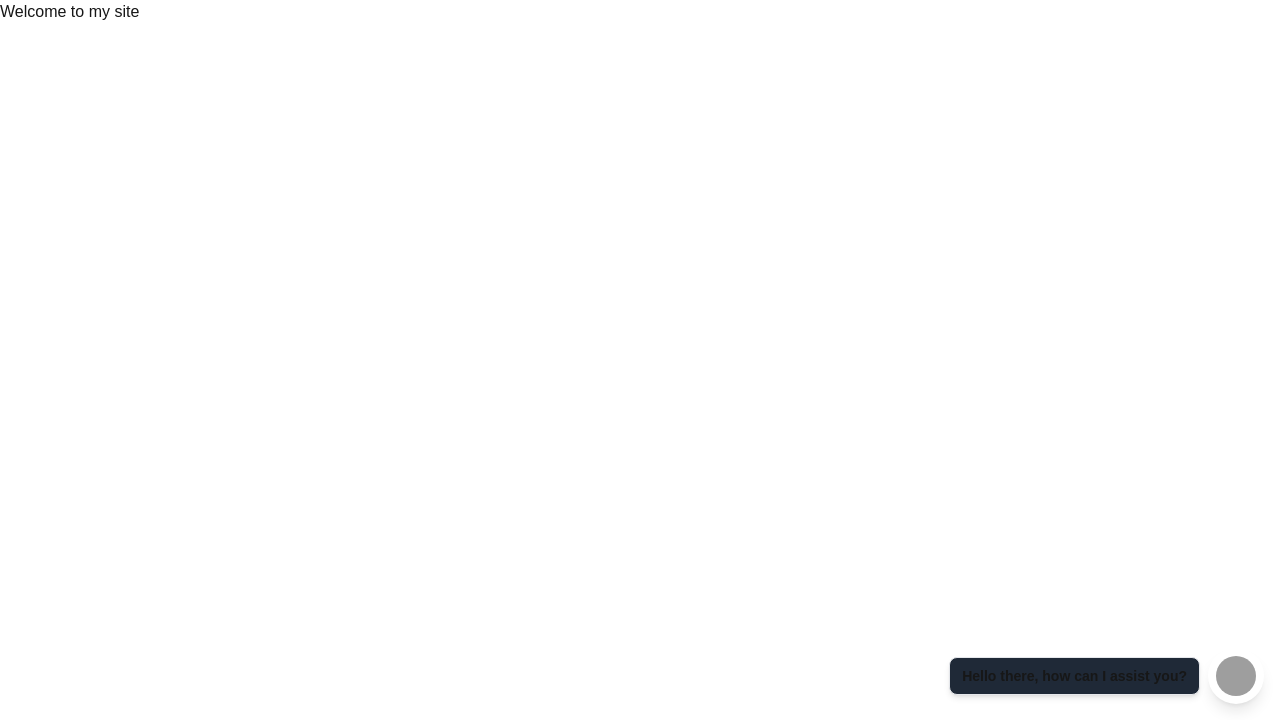
Repository: Shre202002/Chat_Bot_Product
Page: /
An editor plug-in stored every save of this project. The page is shown before and after the next save, followed by the edit.
The browser window is 1280 px wide. The pictures show the whole page.
Pictures or frames that could not be fetched are drawn as grey boxes. The project was rebuilt for these pictures with package versions that can differ from the ones it lists, and the page was loaded fresh each time. The framework's server and built-in components were replaced by stand-ins that run in the browser. Also part of the build but not shown: next.config.ts, components/ui/card.tsx, components/ui/input.tsx, components/ui/popover.tsx, components/ui/label.tsx, components/ui/calendar.tsx, components/ui/select.tsx, components/ticket-booking-flow.tsx and 1 more.

Above is the page before, as saved 2025-05-25 15:44:27.

### app/page.tsx
// app/page.tsx
import Widget from './widget';

export default function Home() {
  return (
    <main>
      <h1>Welcome to my site</h1>
      <Widget /> {/* Your chatbot widget will render here */}
    </main>
  );
}

### app/widget.tsx
// pages/widget.tsx
import Head from 'next/head';
import MuseumChatbot from '@/components/MuseumChatbot'; // Ensure correct path

export default function Widget() {
    return (
        <>

                <MuseumChatbot />

        </>
    );
}

### components/ui/button.tsx
import * as React from "react"
import { Slot } from "@radix-ui/react-slot"
import { cva, type VariantProps } from "class-variance-authority"

import { cn } from "@/lib/utils"

const buttonVariants = cva(
  "inline-flex items-center justify-center gap-2 whitespace-nowrap rounded-md text-sm font-medium ring-offset-background transition-colors focus-visible:outline-none focus-visible:ring-2 focus-visible:ring-ring focus-visible:ring-offset-2 disabled:pointer-events-none disabled:opacity-50 [&_svg]:pointer-events-none [&_svg]:size-4 [&_svg]:shrink-0",
  {
    variants: {
      variant: {
        default: "bg-primary text-primary-foreground hover:bg-primary/90",
        destructive:
          "bg-destructive text-destructive-foreground hover:bg-destructive/90",
        outline:
          "border border-input bg-background hover:bg-accent hover:text-accent-foreground",
        secondary:
          "bg-secondary text-secondary-foreground hover:bg-secondary/80",
        ghost: "hover:bg-accent hover:text-accent-foreground",
        link: "text-primary underline-offset-4 hover:underline",
      },
      size: {
        default: "h-10 px-4 py-2",
        sm: "h-9 rounded-md px-3",
        lg: "h-11 rounded-md px-8",
        icon: "h-10 w-10",
      },
    },
    defaultVariants: {
      variant: "default",
      size: "default",
    },
  }
)

export interface ButtonProps
  extends React.ButtonHTMLAttributes<HTMLButtonElement>,
    VariantProps<typeof buttonVariants> {
  asChild?: boolean
}

const Button = React.forwardRef<HTMLButtonElement, ButtonProps>(
  ({ className, variant, size, asChild = false, ...props }, ref) => {
    const Comp = asChild ? Slot : "button"
    return (
      <Comp
        className={cn(buttonVariants({ variant, size, className }))}
        ref={ref}
        {...props}
      />
    )
  }
)
Button.displayName = "Button"

export { Button, buttonVariants }

### components/ui/avatar.tsx
"use client"

import * as React from "react"
import * as AvatarPrimitive from "@radix-ui/react-avatar"

import { cn } from "@/lib/utils"

const Avatar = React.forwardRef<
  React.ElementRef<typeof AvatarPrimitive.Root>,
  React.ComponentPropsWithoutRef<typeof AvatarPrimitive.Root>
>(({ className, ...props }, ref) => (
  <AvatarPrimitive.Root
    ref={ref}
    className={cn(
      "relative flex h-10 w-10 shrink-0 overflow-hidden rounded-full",
      className
    )}
    {...props}
  />
))
Avatar.displayName = AvatarPrimitive.Root.displayName

const AvatarImage = React.forwardRef<
  React.ElementRef<typeof AvatarPrimitive.Image>,
  React.ComponentPropsWithoutRef<typeof AvatarPrimitive.Image>
>(({ className, ...props }, ref) => (
  <AvatarPrimitive.Image
    ref={ref}
    className={cn("aspect-square h-full w-full", className)}
    {...props}
  />
))
AvatarImage.displayName = AvatarPrimitive.Image.displayName

const AvatarFallback = React.forwardRef<
  React.ElementRef<typeof AvatarPrimitive.Fallback>,
  React.ComponentPropsWithoutRef<typeof AvatarPrimitive.Fallback>
>(({ className, ...props }, ref) => (
  <AvatarPrimitive.Fallback
    ref={ref}
    className={cn(
      "flex h-full w-full items-center justify-center rounded-full bg-muted",
      className
    )}
    {...props}
  />
))
AvatarFallback.displayName = AvatarPrimitive.Fallback.displayName

export { Avatar, AvatarImage, AvatarFallback }

### lib/translations/index.ts
import { en } from "./en"
import { hi } from "./hi"
import { bn } from "./bn"
import { gu } from "./gu"
import { ta } from "./ta"
import { te } from "./te"
import { kn } from "./kn"
import { pa } from "./pa"
import { mr } from "./mr"

const translations = {
  en,
  hi,
  bn,
  gu,
  ta,
  te,
  kn,
  pa,
  mr,
}

export function getTranslation(language: string) {
  return translations[language as keyof typeof translations] || translations.en
}

### lib/translations/hi.ts
export const hi = {
  welcome: "संग्रहालय वर्चुअल सहायक में आपका स्वागत है। मैं आज आपकी कैसे सहायता कर सकता हूँ? कृपया एक विषय चुनें:",
  openingHours: "खुलने का समय",
  ticketPrices: "टिकट की कीमतें",
  exhibitions: "वर्तमान प्रदर्शनी",
  directions: "निर्देश और पार्किंग",
  facilities: "सुविधाएँ",
  about: "संग्रहालय के बारे में",
  bookTicket: "टिकट बुक करें",
  anythingElse: "और कुछ?",
  returnToMenu: "मुख्य मेनू पर लौटें",
  fallback: "मैं आपको संग्रहालय की जानकारी में सहायता करने के लिए यहाँ हूँ। कृपया नीचे दिए गए मेनू से एक विषय चुनें।",
  typeMessage: "अपना संदेश टाइप करें...",
  send: "भेजें",

  cancelBooking: "बुकिंग रद्द करें",
  rescheduleBooking: "बुकिंग पुनर्निर्धारित करें",
  bookingConfirmation: "आपका टिकट सफलतापूर्वक बुक हो गया है! आपको जल्द ही एक पुष्टिकरण ईमेल प्राप्त होगा।",
  cancelConfirmation: "आपकी बुकिंग सफलतापूर्वक रद्द कर दी गई है। आपका भुगतान 3-5 कार्य दिवसों के भीतर वापस कर दिया जाएगा।",
  bookingDetails: "बुकिंग विवरण",
  date: "तारीख",
  tickets: "टिकट",

  personalInfo: "व्यक्तिगत जानकारी",
  verification: "सत्यापन",
  ticketDetails: "टिकट विवरण",
  payment: "भुगतान",
  fullName: "पूरा नाम",
  phoneNumber: "फोन नंबर",
  email: "ईमेल",
  continue: "जारी रखें",
  cancel: "रद्द करें",
  otpSent: "OTP आपके ईमेल/फोन पर भेजा गया है",
  enterOTP: "OTP दर्ज करें",
  otpPlaceholder: "OTP दर्ज करें",
  verify: "OTP सत्यापित करें",
  resendOTP: "OTP पुनः भेजें",
  selectDate: "तारीख चुनें",
  numberOfTickets: "टिकटों की संख्या",
  proceedToPayment: "भुगतान के लिए आगे बढ़ें",
  back: "वापस",
  paymentMethod: "भुगतान का तरीका",
  cardNumber: "कार्ड नंबर",
  expiryDate: "समाप्ति तिथि",
  cvv: "CVV",
  pay: "भुगतान करें",
  processing: "प्रक्रिया में...",
  close: "बंद करें",

  emailVerificationMessage: "कृपया अपनी बुकिंग से संबंधित ईमेल दर्ज करें।",
  otp: "सत्यापन कोड",
  otpVerificationMessage: "हमने आपके ईमेल पर एक सत्यापन कोड भेजा है। कृपया इसे ऊपर दर्ज करें।",
  selectTickets: "टिकटों की संख्या चुनें",

  additionalPassengers: "अतिरिक्त यात्री",
  passenger: "यात्री",
  enterFullName: "पूरा नाम दर्ज करें",
  age: "आयु",
  enterAge: "आयु दर्ज करें",
  payNow: "अभी भुगतान करें",
  gender: "लिंग",
  selectGender: "लिंग चुनें",
  country: "देश",
  selectCountry: "देश चुनें",
  state: "राज्य",
  pincode: "पिनकोड",
  paymentSuccessful: "भुगतान सफल!",
  paymentSuccessMessage: "आपकी बुकिंग के लिए धन्यवाद। आपका टिकट तैयार है।",
  downloadTicket: "टिकट डाउनलोड करें",
  bookAnotherTicket: "एक और टिकट बुक करें",
  fieldRequired: "यह फ़ील्ड आवश्यक है।",
  ageAbove12: "कृपया पुष्टि करें कि सभी यात्री 12 वर्ष से अधिक उम्र के हैं।",
  dateRequired: "कृपया एक मान्य तिथि चुनें।",
  ticketsRequired: "कृपया टिकटों की संख्या बताएं।",
  fillAllPassengerDetails: "कृपया सभी यात्रियों का विवरण भरें।",
  allPassengersAbove12: "सभी यात्रियों की आयु 12 वर्ष से अधिक होनी चाहिए।",
  ticketCount: "टिकटों की संख्या",
  name: "नाम",
  male: "पुरुष",
  female: 'महिला',
  other: 'अन्य',
  preferNotToSay: 'कहना नहीं चाहता',
  enterState: 'कृपया अपना राज्य दर्ज करें',
  enterPincode: 'कृपया अपना पिनकोड दर्ज करें',
  pickDate: 'कृपया तारीख चुनें',
  selectNumberOfTickets: 'कृपया टिकटों की संख्या चुनें',
  bookingThankYou: 'बुकिंग के लिए धन्यवाद!',

  responses: {
    openingHours: "हम सोमवार से शनिवार तक सुबह 9:00 बजे से शाम 5:00 बजे तक खुले हैं। संग्रहालय रविवार और सार्वजनिक छुट्टियों पर बंद रहता है।",
    ticketPrices: "वयस्क: ₹1000\nवरिष्ठ नागरिक (65+): ₹700\nछात्र: ₹500\nबच्चे (12 वर्ष से कम): निःशुल्क\nसदस्य: निःशुल्क",
    exhibitions: "वर्तमान प्रदर्शनी:\n- 'मॉडर्न मास्टर्स' (मुख्य गैलरी)\n- 'प्राचीन सभ्यताएं' (ईस्ट विंग)\n- 'प्राकृतिक चमत्कार' फोटोग्राफी (वेस्ट विंग)",
    directions: "हम 123 म्यूज़ियम एवेन्यू, डाउनटाउन में स्थित हैं। भूमिगत गैरेज में पार्किंग उपलब्ध है (₹300 प्रति घंटा)। निकटतम सार्वजनिक ट्रांजिट स्टॉप 'सेंट्रल स्टेशन' है (लाइन 1, 4, 7)।",
    facilities: "हमारी सुविधाएं:\n- कैफ़े (भूतल)\n- गिफ्ट शॉप (निकास क्षेत्र)\n- व्हीलचेयर सुविधा\n- कोट चेक\n- फ्री वाई-फाई\n- बेबी चेंजिंग स्टेशन",
    about: "1965 में स्थापित, हमारा संग्रहालय पाँच सहस्राब्दियों की मानव इतिहास और रचनात्मकता को समेटे 35,000 से अधिक कलाकृतियों और कलाओं का घर है। हमारा मिशन भावी पीढ़ियों के लिए सांस्कृतिक धरोहर को प्रेरित करना, शिक्षित करना और संरक्षित करना है।",
  },
};

### lib/translations/bn.ts
export const bn = {
  welcome: "মিউজিয়াম ভার্চুয়াল সহকারীতে স্বাগতম। আমি কীভাবে আজ আপনাকে সাহায্য করতে পারি? দয়া করে একটি বিষয় নির্বাচন করুন:",
  openingHours: "খোলার সময়",
  ticketPrices: "টিকিটের দাম",
  exhibitions: "বর্তমান প্রদর্শনী",
  directions: "দিকনির্দেশ ও পার্কিং",
  facilities: "সুবিধাসমূহ",
  about: "মিউজিয়াম সম্পর্কে",
  bookTicket: "টিকিট বুক করুন",
  anythingElse: "আর কিছু?",
  returnToMenu: "প্রধান মেনুতে ফিরে যান",
  fallback: "আমি আপনাকে মিউজিয়ামের তথ্য দিয়ে সাহায্য করার জন্য এখানে আছি। নিচের মেনু থেকে একটি বিষয় বেছে নিন।",
  typeMessage: "আপনার বার্তা টাইপ করুন...",
  send: "পাঠান",

  cancelBooking: "বুকিং বাতিল করুন",
  rescheduleBooking: "বুকিং পুনঃনির্ধারণ করুন",
  bookingConfirmation: "আপনার টিকিট সফলভাবে বুক করা হয়েছে! আপনি শীঘ্রই একটি নিশ্চিতকরণ ইমেইল পাবেন।",
  cancelConfirmation: "আপনার বুকিং সফলভাবে বাতিল করা হয়েছে। আপনার অর্থ ফেরত ৩-৫ কর্মদিবসের মধ্যে দেওয়া হবে।",
  bookingDetails: "বুকিং বিবরণ",
  date: "তারিখ",
  tickets: "টিকিট",

  personalInfo: "ব্যক্তিগত তথ্য",
  verification: "যাচাই",
  ticketDetails: "টিকিট বিবরণ",
  payment: "পেমেন্ট",
  fullName: "পূর্ণ নাম",
  phoneNumber: "ফোন নম্বর",
  email: "ইমেইল",
  continue: "চালিয়ে যান",
  cancel: "বাতিল করুন",
  otpSent: "OTP আপনার ইমেইল/ফোনে পাঠানো হয়েছে",
  enterOTP: "OTP প্রবেশ করুন",
  otpPlaceholder: "OTP লিখুন",
  verify: "OTP যাচাই করুন",
  resendOTP: "OTP পুনরায় পাঠান",
  selectDate: "তারিখ নির্বাচন করুন",
  numberOfTickets: "টিকিটের সংখ্যা",
  proceedToPayment: "পেমেন্টে যান",
  back: "ফিরে যান",
  paymentMethod: "পেমেন্ট পদ্ধতি",
  cardNumber: "কার্ড নম্বর",
  expiryDate: "মেয়াদোত্তীর্ণ তারিখ",
  cvv: "CVV",
  pay: "পেমেন্ট করুন",
  processing: "প্রক্রিয়াকরণ হচ্ছে...",
  close: "বন্ধ করুন",

  emailVerificationMessage: "আপনার বুকিংয়ের সাথে যুক্ত ইমেইলটি লিখুন।",
  otp: "যাচাইকরণ কোড",
  otpVerificationMessage: "আমরা আপনার ইমেইলে একটি যাচাইকরণ কোড পাঠিয়েছি। উপরে এটি লিখুন।",
  selectTickets: "টিকিট সংখ্যা নির্বাচন করুন",

  additionalPassengers: "অতিরিক্ত যাত্রী",
  passenger: "যাত্রী",
  enterFullName: "পূর্ণ নাম লিখুন",
  age: "বয়স",
  enterAge: "বয়স লিখুন",
  payNow: "এখন পেমেন্ট করুন",
  gender: "লিঙ্গ",
  selectGender: "লিঙ্গ নির্বাচন করুন",
  country: "দেশ",
  selectCountry: "দেশ নির্বাচন করুন",
  state: "রাজ্য",
  pincode: "পিনকোড",
  paymentSuccessful: "পেমেন্ট সফল!",
  paymentSuccessMessage: "আপনার বুকিংয়ের জন্য ধন্যবাদ। আপনার টিকিট প্রস্তুত।",
  downloadTicket: "টিকিট ডাউনলোড করুন",
  bookAnotherTicket: "আরও একটি টিকিট বুক করুন",
  fieldRequired: "এই ফিল্ডটি আবশ্যক।",
  ageAbove12: "দয়া করে নিশ্চিত করুন যে সব যাত্রী ১২ বছরের বেশি বয়সী।",
  dateRequired: "একটি বৈধ তারিখ নির্বাচন করুন।",
  ticketsRequired: "টিকিটের সংখ্যা লিখুন।",
  fillAllPassengerDetails: "অনুগ্রহ করে সকল যাত্রীর বিবরণ পূরণ করুন।",
  allPassengersAbove12: "সব যাত্রীদের বয়স ১২ বছরের বেশি হতে হবে।",
  ticketCount: "টিকিট সংখ্যা",
  name: "নাম",
  female: 'মহিলা',
  male: 'পুরুষ',
  other: 'অন্যান্য',
  preferNotToSay: 'বলতে চাই না',
  enterState: 'অনুগ্রহ করে আপনার রাজ্য লিখুন',
  enterPincode: 'অনুগ্রহ করে আপনার পিনকোড লিখুন',
  pickDate: 'অনুগ্রহ করে তারিখ নির্বাচন করুন',
  selectNumberOfTickets: 'অনুগ্রহ করে টিকিটের সংখ্যা নির্বাচন করুন',
  bookingThankYou: 'বুকিংয়ের জন্য ধন্যবাদ!',


  responses: {
    openingHours: "আমরা সোমবার থেকে শনিবার সকাল ৯টা থেকে বিকেল ৫টা পর্যন্ত খোলা থাকি। রবিবার এবং সরকারি ছুটির দিনে মিউজিয়াম বন্ধ থাকে।",
    ticketPrices: "প্রাপ্তবয়স্ক: ₹১০০০\nবয়স্ক নাগরিক (৬৫+): ₹৭০০\nছাত্র: ₹৫০০\nশিশু (১২ বছরের নিচে): ফ্রি\nসদস্য: ফ্রি",
    exhibitions: "বর্তমান প্রদর্শনী:\n- 'মডার্ন মাস্টারস' (মূল গ্যালারি)\n- 'প্রাচীন সভ্যতা' (ইস্ট উইং)\n- 'প্রাকৃতিক বিস্ময়' ফটোগ্রাফি (ওয়েস্ট উইং)",
    directions: "আমরা ১২৩ মিউজিয়াম অ্যাভিনিউ, ডাউনটাউনে অবস্থিত। ভূগর্ভস্থ গ্যারেজে পার্কিং পাওয়া যায় (₹৩০০ প্রতি ঘণ্টা)। সবচেয়ে কাছের পাবলিক ট্রানজিট স্টপ 'সেন্ট্রাল স্টেশন' (লাইন ১, ৪, ৭)।",
    facilities: "আমাদের মিউজিয়ামে রয়েছে:\n- ক্যাফে (গ্রাউন্ড ফ্লোর)\n- উপহার দোকান (প্রস্থান এলাকা)\n- হুইলচেয়ার প্রবেশযোগ্যতা\n- কোট চেক\n- ফ্রি ওয়াই-ফাই\n- শিশু পরিবর্তন স্টেশন",
    about: "১৯৬৫ সালে প্রতিষ্ঠিত, আমাদের মিউজিয়ামে ৩৫,০০০-এরও বেশি শিল্পকর্ম ও নিদর্শন রয়েছে যা মানব ইতিহাস ও সৃজনশীলতার পাঁচ সহস্রাব্দকে কভার করে। ভবিষ্যৎ প্রজন্মের জন্য সাংস্কৃতিক ঐতিহ্যকে অনুপ্রাণিত, শিক্ষিত ও সংরক্ষণ করাই আমাদের লক্ষ্য।",
  },
};

### lib/translations/pa.ts
export const pa = {
  welcome: "ਮੀਉਜ਼ੀਅਮ ਵਰਚੁਅਲ ਅਸਿਸਟੈਂਟ ਵਿੱਚ ਤੁਹਾਡਾ ਸਵਾਗਤ ਹੈ। ਮੈਂ ਅੱਜ ਤੁਹਾਡੀ ਕਿਵੇਂ ਮਦਦ ਕਰ ਸਕਦਾ/ਸਕਦੀ ਹਾਂ? ਕਿਰਪਾ ਕਰਕੇ ਇੱਕ ਵਿਸ਼ਾ ਚੁਣੋ:",
  openingHours: "ਖੁਲ੍ਹਣ ਦਾ ਸਮਾਂ",
  ticketPrices: "ਟਿਕਟ ਦੀਆਂ ਕੀਮਤਾਂ",
  exhibitions: "ਮੌਜੂਦਾ ਪ੍ਰਦਰਸ਼ਨੀਆਂ",
  directions: "ਦਿਸ਼ਾਵਾਂ ਅਤੇ ਪਾਰਕਿੰਗ",
  facilities: "ਸੁਵਿਧਾਵਾਂ",
  about: "ਮੀਉਜ਼ੀਅਮ ਬਾਰੇ",
  bookTicket: "ਟਿਕਟ ਬੁੱਕ ਕਰੋ",
  anythingElse: "ਹੋਰ ਕੁਝ?",
  returnToMenu: "ਮੁੱਖ ਮੀਨੂ 'ਤੇ ਵਾਪਸ ਜਾਓ",
  fallback: "ਮੈਂ ਤੁਹਾਨੂੰ ਮੀਉਜ਼ੀਅਮ ਬਾਰੇ ਜਾਣਕਾਰੀ ਦੇਣ ਵਿੱਚ ਮਦਦ ਕਰਨ ਲਈ ਇੱਥੇ ਹਾਂ। ਹੇਠਾਂ ਦਿੱਤੇ ਮੀਨੂ ਵਿਚੋਂ ਕੋਈ ਵਿਸ਼ਾ ਚੁਣੋ।",
  typeMessage: "ਆਪਣਾ ਸੁਨੇਹਾ ਲਿਖੋ...",
  send: "ਭੇਜੋ",

  cancelBooking: "ਬੁਕਿੰਗ ਰੱਦ ਕਰੋ",
  rescheduleBooking: "ਬੁਕਿੰਗ ਮੁੜ ਤਹਿ ਕਰੋ",
  bookingConfirmation: "ਤੁਾਡੀ ਟਿਕਟ ਸਫਲਤਾਪੂਰਵਕ ਬੁਕ ਹੋ ਗਈ ਹੈ! ਤੁਹਾਨੂੰ ਜਲਦੀ ਹੀ ਇੱਕ ਪੁਸ਼ਟੀਕਰਨ ਈਮੇਲ ਮਿਲੇਗੀ।",
  cancelConfirmation: "ਤੁਹਾਡੀ ਬੁਕਿੰਗ ਸਫਲਤਾਪੂਰਵਕ ਰੱਦ ਕਰ ਦਿੱਤੀ ਗਈ ਹੈ। ਤੁਹਾਡਾ ਭੁਗਤਾਨ 3-5 ਕਾਰੋਬਾਰੀ ਦਿਨਾਂ ਵਿੱਚ ਵਾਪਸ ਕਰ ਦਿੱਤਾ ਜਾਵੇਗਾ।",
  bookingDetails: "ਬੁਕਿੰਗ ਵੇਰਵੇ",
  date: "ਤਾਰੀਖ",
  tickets: "ਟਿਕਟਾਂ",

  personalInfo: "ਨਿੱਜੀ ਜਾਣਕਾਰੀ",
  verification: "ਤਸਦੀਕ",
  ticketDetails: "ਟਿਕਟ ਵੇਰਵੇ",
  payment: "ਭੁਗਤਾਨ",
  fullName: "ਪੂਰਾ ਨਾਂ",
  phoneNumber: "ਫ਼ੋਨ ਨੰਬਰ",
  email: "ਈਮੇਲ",
  continue: "ਜਾਰੀ ਰੱਖੋ",
  cancel: "ਰੱਦ ਕਰੋ",
  otpSent: "OTP ਤੁਹਾਡੇ ਈਮੇਲ/ਫ਼ੋਨ 'ਤੇ ਭੇਜ ਦਿੱਤਾ ਗਿਆ ਹੈ",
  enterOTP: "OTP ਦਰਜ ਕਰੋ",
  otpPlaceholder: "OTP ਦਰਜ ਕਰੋ",
  verify: "OTP ਤਸਦੀਕ ਕਰੋ",
  resendOTP: "OTP ਮੁੜ ਭੇਜੋ",
  selectDate: "ਤਾਰੀਖ ਚੁਣੋ",
  numberOfTickets: "ਟਿਕਟਾਂ ਦੀ ਗਿਣਤੀ",
  proceedToPayment: "ਭੁਗਤਾਨ ਵੱਲ ਜਾਓ",
  back: "ਵਾਪਸ",
  paymentMethod: "ਭੁਗਤਾਨ ਤਰੀਕਾ",
  cardNumber: "ਕਾਰਡ ਨੰਬਰ",
  expiryDate: "ਮਿਆਦ ਦੀ ਤਾਰੀਖ",
  cvv: "CVV",
  pay: "ਭੁਗਤਾਨ ਕਰੋ",
  processing: "ਕਾਰਵਾਈ ਚੱਲ ਰਹੀ ਹੈ...",
  close: "ਬੰਦ ਕਰੋ",

  emailVerificationMessage: "ਕਿਰਪਾ ਕਰਕੇ ਆਪਣੇ ਬੁਕਿੰਗ ਨਾਲ ਜੁੜੀ ਈਮੇਲ ਦਰਜ ਕਰੋ।",
  otp: "ਤਸਦੀਕ ਕੋਡ",
  otpVerificationMessage: "ਅਸੀਂ ਤੁਹਾਡੇ ਈਮੇਲ 'ਤੇ ਇੱਕ ਤਸਦੀਕ ਕੋਡ ਭੇਜਿਆ ਹੈ। ਕਿਰਪਾ ਕਰਕੇ ਇਹ ਉਪਰ ਦਰਜ ਕਰੋ।",
  selectTickets: "ਟਿਕਟਾਂ ਦੀ ਗਿਣਤੀ ਚੁਣੋ",

  additionalPassengers: "ਵਾਧੂ ਯਾਤਰੀ",
  passenger: "ਯਾਤਰੀ",
  enterFullName: "ਪੂਰਾ ਨਾਂ ਦਰਜ ਕਰੋ",
  age: "ਉਮਰ",
  enterAge: "ਉਮਰ ਦਰਜ ਕਰੋ",
  payNow: "ਹੁਣੇ ਭੁਗਤਾਨ ਕਰੋ",
  gender: "ਲਿੰਗ",
  selectGender: "ਲਿੰਗ ਚੁਣੋ",
  country: "ਦੇਸ਼",
  selectCountry: "ਦੇਸ਼ ਚੁਣੋ",
  state: "ਰਾਜ",
  pincode: "ਪਿੰਨਕੋਡ",
  paymentSuccessful: "ਭੁਗਤਾਨ ਸਫਲ ਹੋਇਆ!",
  paymentSuccessMessage: "ਤੁਹਾਡੀ ਬੁਕਿੰਗ ਲਈ ਧੰਨਵਾਦ। ਤੁਹਾਡੀ ਟਿਕਟ ਤਿਆਰ ਹੈ।",
  downloadTicket: "ਟਿਕਟ ਡਾਊਨਲੋਡ ਕਰੋ",
  bookAnotherTicket: "ਹੋਰ ਇੱਕ ਟਿਕਟ ਬੁੱਕ ਕਰੋ",
  fieldRequired: "ਇਹ ਫੀਲਡ ਲਾਜ਼ਮੀ ਹੈ।",
  ageAbove12: "ਕਿਰਪਾ ਕਰਕੇ ਪੁਸ਼ਟੀ ਕਰੋ ਕਿ ਸਭ ਯਾਤਰੀ 12 ਸਾਲ ਤੋਂ ਵੱਧ ਉਮਰ ਦੇ ਹਨ।",
  dateRequired: "ਕਿਰਪਾ ਕਰਕੇ ਇੱਕ ਵੈਧ ਤਾਰੀਖ ਚੁਣੋ।",
  ticketsRequired: "ਕਿਰਪਾ ਕਰਕੇ ਟਿਕਟਾਂ ਦੀ ਗਿਣਤੀ ਦਰਜ ਕਰੋ।",
  fillAllPassengerDetails: "ਸਭ ਯਾਤਰੀਆਂ ਦੀ ਜਾਣਕਾਰੀ ਪੂਰੀ ਕਰੋ।",
  allPassengersAbove12: "ਸਭ ਯਾਤਰੀ 12 ਸਾਲ ਤੋਂ ਵੱਧ ਉਮਰ ਦੇ ਹੋਣੇ ਚਾਹੀਦੇ ਹਨ।",
  ticketCount: "ਟਿਕਟ ਗਿਣਤੀ",
  name: "ਨਾਂ",
  female: 'ਔਰਤ',
  male: 'ਆਦਮੀ',
  other: 'ਹੋਰ',
  preferNotToSay: 'ਦੱਸਣਾ ਨਹੀਂ ਚਾਹੁੰਦਾ',
  enterState: 'ਕਿਰਪਾ ਕਰਕੇ ਆਪਣਾ ਰਾਜ ਦਰਜ ਕਰੋ',
  enterPincode: 'ਕਿਰਪਾ ਕਰਕੇ ਆਪਣਾ ਪਿੰਨਕੋਡ ਦਰਜ ਕਰੋ',
  pickDate: 'ਕਿਰਪਾ ਕਰਕੇ ਮਿਤੀ ਚੁਣੋ',
  selectNumberOfTickets: 'ਕਿਰਪਾ ਕਰਕੇ ਟਿਕਟਾਂ ਦੀ ਗਿਣਤੀ ਚੁਣੋ',
  bookingThankYou: 'ਬੁਕਿੰਗ ਲਈ ਧੰਨਵਾਦ!',

  responses: {
    openingHours: "ਅਸੀਂ ਸੋਮਵਾਰ ਤੋਂ ਸ਼ਨਿੱਚਰਵਾਰ, ਸਵੇਰੇ 9:00 ਵਜੇ ਤੋਂ ਸ਼ਾਮ 5:00 ਵਜੇ ਤੱਕ ਖੁਲੇ ਰਹਿੰਦੇ ਹਾਂ। ਮੀਉਜ਼ੀਅਮ ਐਤਵਾਰ ਅਤੇ ਸਰਕਾਰੀ ਛੁੱਟੀਆਂ 'ਤੇ ਬੰਦ ਰਹਿੰਦਾ ਹੈ।",
    ticketPrices: "ਵੱਡੇ: ₹1000\nਸੀਨੀਅਰ (65+): ₹700\nਵਿਦਿਆਰਥੀ: ₹500\nਬੱਚੇ (12 ਤੋਂ ਛੋਟੇ): ਮੁਫ਼ਤ\nਮੈਂਬਰ: ਮੁਫ਼ਤ",
    exhibitions: "ਮੌਜੂਦਾ ਪ੍ਰਦਰਸ਼ਨੀਆਂ ਵਿੱਚ ਸ਼ਾਮਲ ਹਨ:\n- 'ਮਾਡਰਨ ਮਾਸਟਰਜ਼' (ਮੁੱਖ ਗੈਲਰੀ)\n- 'ਪੁਰਾਤਨ ਸਭਿਆਚਾਰ' (ਪੂਰਬੀ ਵਿਂਗ)\n- 'ਕੁਦਰਤੀ ਅਸ਼ਚਰਜ' ਫੋਟੋਗ੍ਰਾਫੀ (ਪੱਛਮੀ ਵਿਂਗ)",
    directions: "ਅਸੀਂ 123 ਮੀਉਜ਼ੀਅਮ ਐਵਿਨਿਊ, ਡਾਊਨਟਾਊਨ ਵਿੱਚ ਸਥਿਤ ਹਾਂ। ਪਾਰਕਿੰਗ ਅੰਡਰਗ੍ਰਾਊਂਡ ਗੈਰੇਜ ਵਿੱਚ ਉਪਲਬਧ ਹੈ (₹300 ਪ੍ਰਤੀ ਘੰਟਾ)। ਸਭ ਤੋਂ ਨੇੜਲਾ ਟਰਾਂਜਿਟ ਸਟਾਪ 'ਸੈਂਟ੍ਰਲ ਸਟੇਸ਼ਨ' (ਲਾਈਨਾਂ 1, 4, 7) ਹੈ।",
    facilities: "ਸਾਡਾ ਮੀਉਜ਼ੀਅਮ ਉਪਲਬਧ ਕਰਵਾਉਂਦਾ ਹੈ:\n- ਕੈਫੇ (ਨਿਊਨਤਮ ਮੰਜ਼ਿਲ)\n- ਤੋਹਫੇ ਦੀ ਦੁਕਾਨ (ਬਾਹਰੀ ਇਲਾਕਾ)\n- ਵ੍ਹੀਲਚੇਅਰ ਸਹੂਲਤ\n- ਕੋਟ ਚੈੱਕ\n- ਮੁਫ਼ਤ Wi-Fi\n- ਬੱਚਿਆਂ ਦੀ ਸੰਭਾਲ ਲਈ ਥਾਵਾਂ",
    about: "1965 ਵਿੱਚ ਸਥਾਪਿਤ, ਸਾਡਾ ਮੀਉਜ਼ੀਅਮ 35,000 ਤੋਂ ਵੱਧ ਨਮੂਨੇ ਅਤੇ ਕਲਾਕਾਰੀਆਂ ਰੱਖਦਾ ਹੈ ਜੋ ਮਨੁੱਖੀ ਇਤਿਹਾਸ ਅਤੇ ਰਚਨਾਤਮਕਤਾ ਦੇ ਪੰਜ ਹਜ਼ਾਰ ਸਾਲਾਂ ਨੂੰ ਕਵਰ ਕਰਦੇ ਹਨ। ਸਾਡਾ ਮਿਸ਼ਨ ਭਵਿੱਖ ਦੀਆਂ ਪੀੜ੍ਹੀਆਂ ਲਈ ਸੱਭਿਆਚਾਰਕ ਵਿਰਾਸਤ ਨੂੰ ਪ੍ਰੇਰਿਤ, ਸਿੱਖਿਆ ਅਤੇ ਸੰਭਾਲ ਕੇ ਰੱਖਣਾ ਹੈ।",
  },
};

### lib/translations/mr.ts
export const mr = {
  welcome: "म्युझियम व्हर्च्युअल सहाय्याकडे आपले स्वागत आहे. आज मी आपली कशी मदत करू शकतो? कृपया एक विषय निवडा:",
  openingHours: "उघडण्याची वेळ",
  ticketPrices: "तिकीट दर",
  exhibitions: "चालू प्रदर्शने",
  directions: "मार्गदर्शन व पार्किंग",
  facilities: "सोयीसुविधा",
  about: "संग्रहालयाबद्दल",
  bookTicket: "तिकीट बुक करा",
  anythingElse: "काही आणखी?",
  returnToMenu: "मुख्य मेनूवर परत जा",
  fallback: "मी संग्रहालयाच्या माहितीसह आपली मदत करण्यासाठी येथे आहे. कृपया खालील मेनूमधून एक विषय निवडा.",
  typeMessage: "आपला संदेश लिहा...",
  send: "पाठवा",

  cancelBooking: "बुकिंग रद्द करा",
  rescheduleBooking: "बुकिंगचे वेळापत्रक बदला",
  bookingConfirmation: "आपले तिकीट यशस्वीरित्या बुक झाले आहे! लवकरच आपल्याला एक पुष्टीकरण ईमेल प्राप्त होईल.",
  cancelConfirmation: "आपले बुकिंग यशस्वीरित्या रद्द करण्यात आले आहे. आपले पैसे ३-५ व्यावसायिक दिवसांत परत केले जातील.",
  bookingDetails: "बुकिंग तपशील",
  date: "तारीख",
  tickets: "तिकीट",

  personalInfo: "वैयक्तिक माहिती",
  verification: "सत्यापन",
  ticketDetails: "तिकीट तपशील",
  payment: "भरणा",
  fullName: "पूर्ण नाव",
  phoneNumber: "फोन नंबर",
  email: "ईमेल",
  continue: "पुढे जा",
  cancel: "रद्द करा",
  otpSent: "OTP आपल्या ईमेल/फोनवर पाठवण्यात आला आहे",
  enterOTP: "OTP प्रविष्ट करा",
  otpPlaceholder: "OTP लिहा",
  verify: "OTP सत्यापित करा",
  resendOTP: "OTP पुन्हा पाठवा",
  selectDate: "तारीख निवडा",
  numberOfTickets: "तिकीटांची संख्या",
  proceedToPayment: "भरण्यासाठी पुढे जा",
  back: "मागे जा",
  paymentMethod: "पेमेंट पद्धत",
  cardNumber: "कार्ड क्रमांक",
  expiryDate: "कालबाह्यता तारीख",
  cvv: "CVV",
  pay: "पे करा",
  processing: "प्रक्रिया सुरू आहे...",
  close: "बंद करा",

  emailVerificationMessage: "आपल्या बुकिंगशी संबंधित ईमेल प्रविष्ट करा.",
  otp: "सत्यापन कोड",
  otpVerificationMessage: "आम्ही आपल्या ईमेलवर एक सत्यापन कोड पाठवला आहे. कृपया तो वरील बॉक्समध्ये प्रविष्ट करा.",
  selectTickets: "तिकीटांची संख्या निवडा",

  additionalPassengers: "अतिरिक्त प्रवासी",
  passenger: "प्रवासी",
  enterFullName: "पूर्ण नाव प्रविष्ट करा",
  age: "वय",
  enterAge: "वय प्रविष्ट करा",
  payNow: "आता पे करा",
  gender: "लिंग",
  selectGender: "लिंग निवडा",
  country: "देश",
  selectCountry: "देश निवडा",
  state: "राज्य",
  pincode: "पिनकोड",
  paymentSuccessful: "पेमेंट यशस्वी!",
  paymentSuccessMessage: "आपल्या बुकिंगबद्दल धन्यवाद. आपले तिकीट तयार आहे.",
  downloadTicket: "तिकीट डाउनलोड करा",
  bookAnotherTicket: "आणखी एक तिकीट बुक करा",
  fieldRequired: "हे फील्ड आवश्यक आहे.",
  ageAbove12: "कृपया खात्री करा की सर्व प्रवासी १२ वर्षांपेक्षा अधिक वयाचे आहेत.",
  dateRequired: "कृपया वैध तारीख निवडा.",
  ticketsRequired: "तिकीटांची संख्या लिहा.",
  fillAllPassengerDetails: "कृपया सर्व प्रवाशांची माहिती भरा.",
  allPassengersAbove12: "सर्व प्रवासी १२ वर्षांपेक्षा मोठे असणे आवश्यक आहे.",
  ticketCount: "तिकीट संख्या",
  name: "नाव",
  female: 'महिला',
  male: 'पुरुष',
  other: 'इतर',
  preferNotToSay: 'सांगू इच्छित नाही',
  enterState: 'कृपया आपला राज्य प्रविष्ट करा',
  enterPincode: 'कृपया आपला पिनकोड प्रविष्ट करा',
  pickDate: 'कृपया तारीख निवडा',
  selectNumberOfTickets: 'कृपया तिकिटांची संख्या निवडा',
  bookingThankYou: 'बुकिंगसाठी धन्यवाद!',

  responses: {
    openingHours:
      "आम्ही सोमवार ते शनिवार सकाळी ९ ते संध्याकाळी ५ पर्यंत खुले असतो. रविवार आणि सार्वजनिक सुट्टीच्या दिवशी संग्रहालय बंद असते.",
    ticketPrices:
      "प्रौढ: ₹१०००\nज्येष्ठ नागरिक (६५+): ₹७००\nविद्यार्थी: ₹५००\nमुले (१२ वर्षांखालील): मोफत\nसदस्य: मोफत",
    exhibitions:
      "सध्याची प्रदर्शने:\n- 'मॉडर्न मास्टर्स' (मुख्य गॅलरी)\n- 'प्राचीन संस्कृती' (पूर्व विंग)\n- 'नैसर्गिक चमत्कार' छायाचित्रण (पश्चिम विंग)",
    directions:
      "आमचे ठिकाण आहे: १२३ म्युझियम अव्हेन्यू, डाउनटाउन. पार्किंग भुयारी गॅरेजमध्ये उपलब्ध आहे (₹३०० प्रति तास). जवळचा सार्वजनिक वाहतूक स्टॉप: 'सेंट्रल स्टेशन' (लाईन १, ४, ७).",
    facilities:
      "आमच्या संग्रहालयात आहेत:\n- कॅफे (ग्राउंड फ्लोअर)\n- भेटवस्तू दुकान (एक्झिट एरिया)\n- व्हीलचेअर प्रवेश\n- कोट तपासणी\n- मोफत वाय-फाय\n- बाळ बदलण्याची सोय",
    about:
      "१९६५ मध्ये स्थापन झालेले, आमचे संग्रहालय ३५,००० हून अधिक वस्तू आणि कलाकृतींचे संग्रहीत केंद्र आहे, जे पाच सहस्रकातील मानवी इतिहास आणि सर्जनशीलतेचे प्रतिनिधित्व करतात. आमचे ध्येय आहे प्रेरणा देणे, शिक्षण देणे आणि सांस्कृतिक वारसा जतन करणे.",
  },
};

### tailwind.config.ts
/** @type {import('tailwindcss').Config} */
module.exports = {
  content: [
    './app/**/*.{js,ts,jsx,tsx}',
    './components/**/*.{js,ts,jsx,tsx}',
    './pages/**/*.{js,ts,jsx,tsx}',
  ],
  theme: {
    extend: {},
  },
  plugins: [],
}

Loaded but not shown: app/layout.tsx (common file); app/globals.css (common file); lib/utils.ts (common file); components/MuseumChatbot.tsx (588 lines, source omitted); lib/translations/ta.ts (97 lines, source omitted); lib/translations/kn.ts (108 lines, source omitted); lib/translations/te.ts (97 lines, source omitted); lib/translations/en.ts (108 lines, source omitted); lib/translations/gu.ts (103 lines, source omitted)

After the next save:
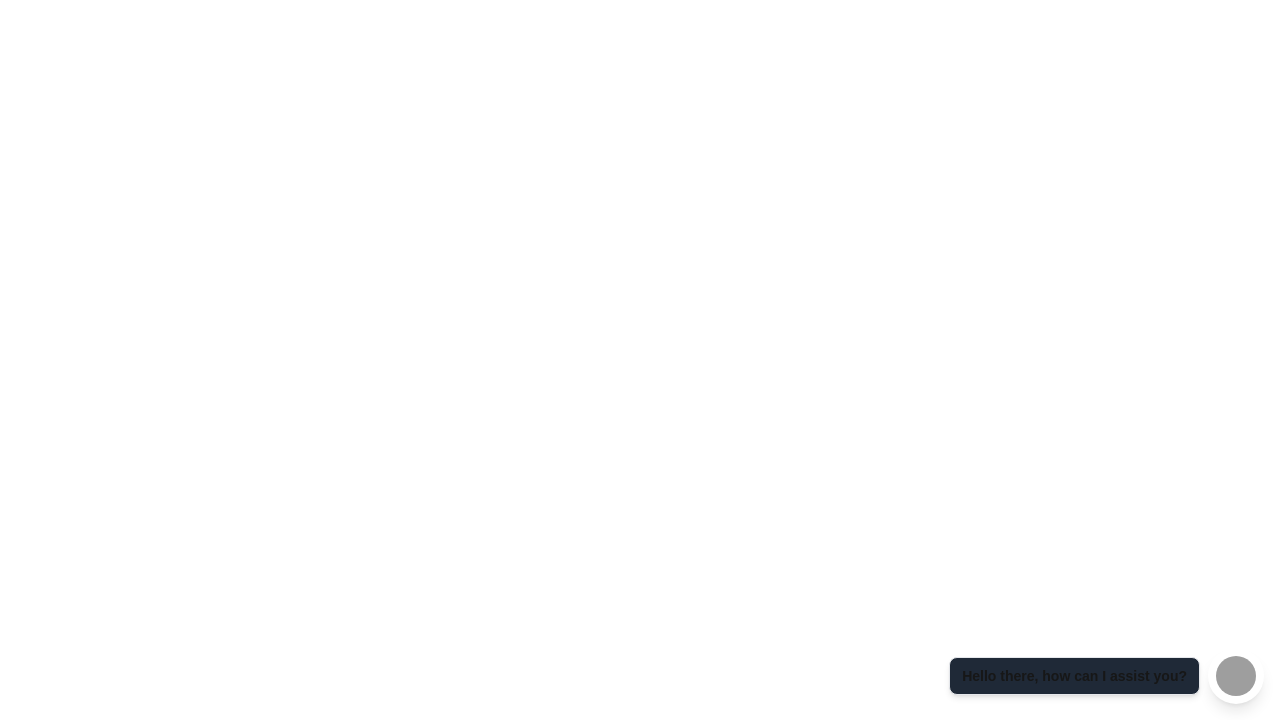
Saved 14 s later.
--- a/app/page.tsx
+++ b/app/page.tsx
@@ -4,7 +4,7 @@ import Widget from './widget';
 export default function Home() {
   return (
     <main>
-      <h1>Welcome to my site</h1>
+
       <Widget /> {/* Your chatbot widget will render here */}
     </main>
   );
